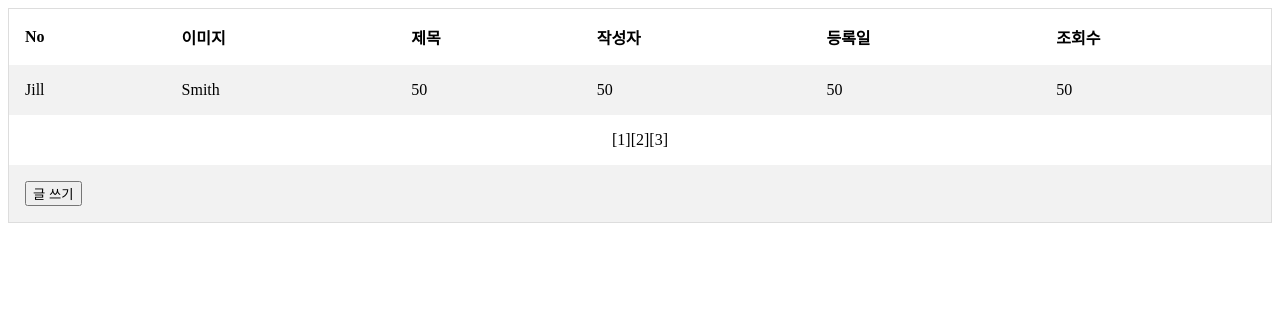
Repository: SyngyeonTak/javaee_workspace
Page: http://localhost/MySite/board/list.jsp
The author's editor kept a copy of each file at every save. The page is drawn from the files as they stood at one save, then again after the next save.
The browser window is 1280 px wide. The pictures show the whole page.
The page is served by Tomcat 9.

Above is the page before, as saved 2020-12-11 07:51:48.

After the next save:
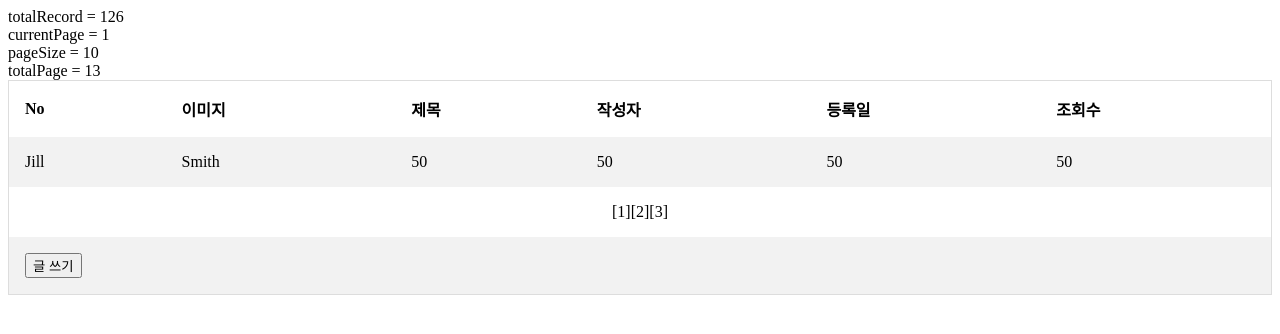
Saved 89 s later.
--- a/MySite/WebContent/board/list.jsp
+++ b/MySite/WebContent/board/list.jsp
@@ -8,7 +8,17 @@
 	if(request.getParameter("currentPage") != null){
 		currentPage = Integer.parseInt(request.getParameter("currentPage"));
 	}
+	int pageSize = 10;
+	int totalPage = (int)Math.ceil((float)totalRecord/pageSize);
+
+	out.print("totalRecord = "+totalRecord+"<br>");
+	out.print("currentPage = "+currentPage+"<br>");
+	out.print("pageSize = "+pageSize+"<br>");
+	out.print("totalPage = "+totalPage+"<br>");
+
 %>
+
+
 <!DOCTYPE html>
 <html>
 <head>
